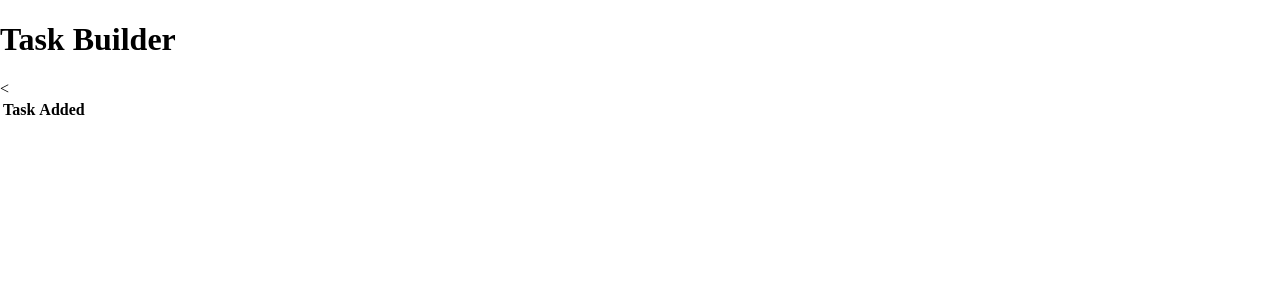
Repository: inno03/flask-test
Page: http://localhost/
The author's editor kept a copy of each file at every save. The page is drawn from the files as they stood at one save, then again after the next save.
The browser window is 1280 px wide. The pictures show the whole page.
The page is served by the project's application, run on Flask 3 (app.py).

Above is the page before, as saved 2023-08-11 06:11:34.

After the next save:
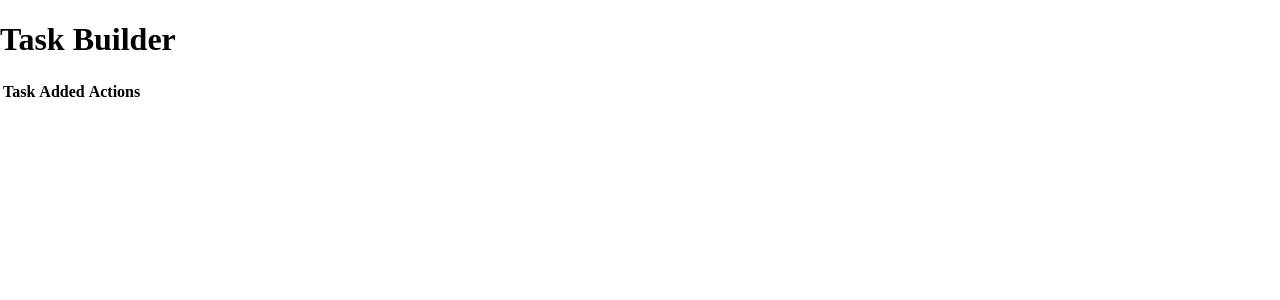
Saved 12 s later.
--- a/templates/index.html
+++ b/templates/index.html
@@ -12,6 +12,6 @@
     <tr>
       <th>Task</th>
       <th>Added</th>
-      <
+      <th>Actions</th>
 
 {% endblock %}
